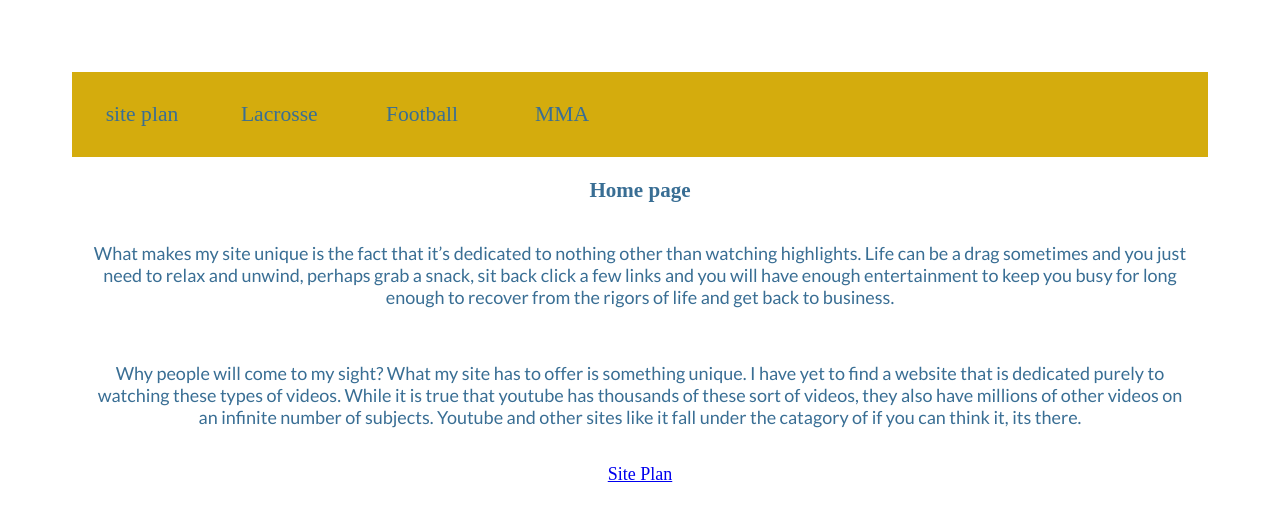
Repository: nak97/personal-site
Page: index.html
An editor plug-in stored every save of this project. The page is shown before and after the next save, followed by the edit.
The browser window is 1280 px wide. The pictures show the whole page.
Some icons come from a web library that is not loaded, so they are not drawn. Some web fonts or font styles are not loaded; a fallback is used. Some web libraries are served in a nearby version.

Above is the page before, as saved 2023-03-17 09:56:20.

After the next save:
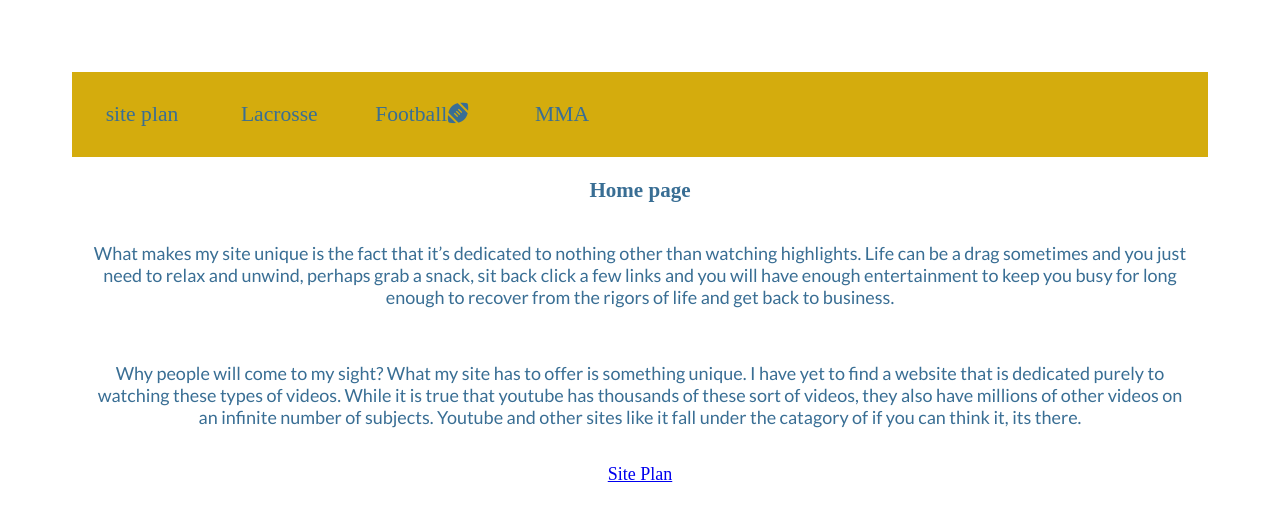
Saved 1 s later.
--- a/index.html
+++ b/index.html
@@ -12,7 +12,7 @@
   <nav>
     <a href="site-plan.html">site plan</a>
     <a href="lacrosse.html" target="_blank">Lacrosse <i class="fa-solid fa-lacrosse-stick-ball"></i></a>
-    <a href="football.html" target="_blank">Football</a>
+    <a href="football.html" target="_blank">Football<i class="fa-solid fa-football"></i></a>
     <a href="mma.html" target="_blank">MMA</a>
   </nav>
 
